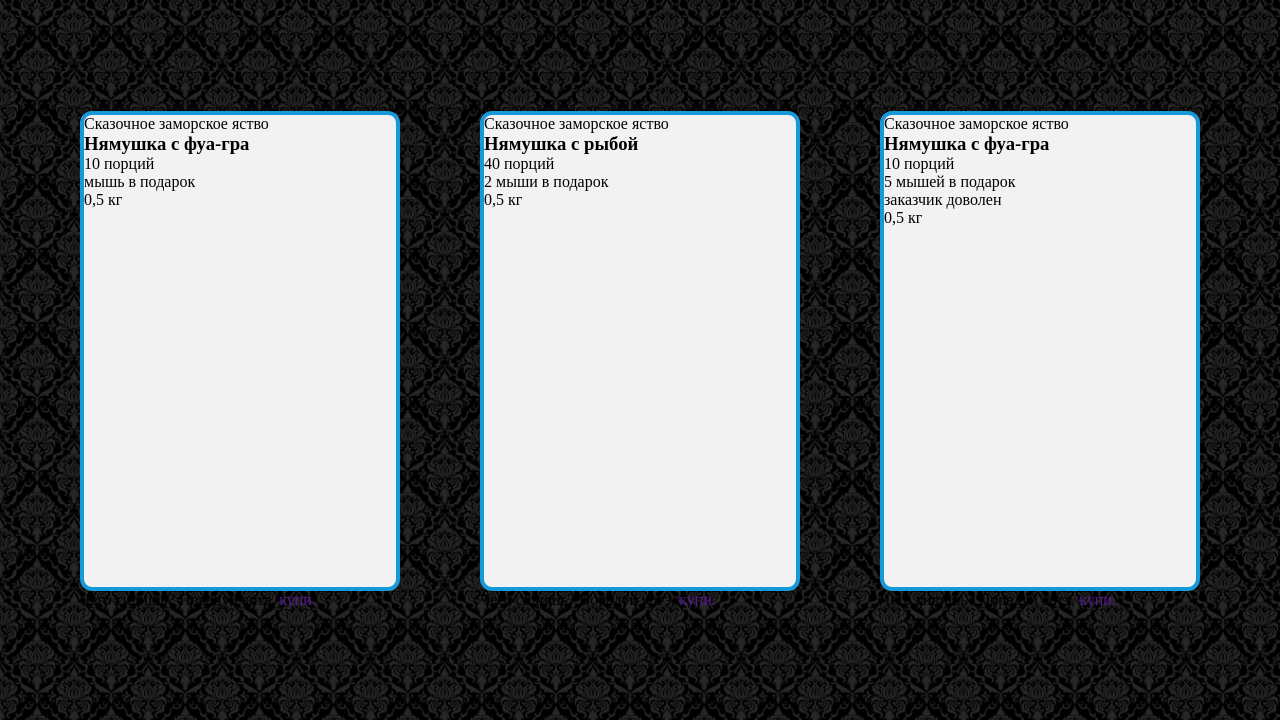
Repository: acbukka/tech-qt
Page: index.html
The author's editor kept a copy of each file at every save. The page is drawn from the files as they stood at one save, then again after the next save.
The browser window is 1280 px wide. The pictures show the whole page.

Above is the page before, as saved 2022-06-17 15:38:29.

### index.html
<!DOCTYPE html>
<html lang="en">

<head>
  <meta charset="UTF-8">
  <meta http-equiv="X-UA-Compatible" content="IE=edge">
  <meta name="viewport" content="width=device-width, initial-scale=1.0">
  <title>Template</title>
  <link rel="stylesheet" href="./src/style.css">
</head>

<body class="body">

  <main class="main">
    <div class="container">
      <div class="cards-wrapper">

        <div class="card-inner">
          <div class="card-item">
            <p class="card-item__pre-title">
              Сказочное заморское яство
            </p>
            <h3 class="card-item__title">
              Нямушка
              <span class="card-item__title-span">
                с фуа-гра
              </span>
            </h3>
            <ul class="card-item__pref-list">
              <li class="card-item__pref">
                <span class="card-item__pref-span">10</span> порций
              </li>
              <li class="card-item__pref">
                <span class="card-item__pref-span"></span>мышь в подарок
              </li>
            </ul>
            <div class="card-item__price">0,5 кг</div>
          </div>
          <p class="card-inner__info">
            Чего сидишь? Порадуй котэ, <a href="" class="card-inner__info-link">купи.</a>
          </p>
        </div>

        <div class="card-inner">
          <div class="card-item">
            <p class="card-item__pre-title">
              Сказочное заморское яство
            </p>
            <h3 class="card-item__title">
              Нямушка
              <span class="card-item__title-span">
                с рыбой
              </span>
            </h3>
            <ul class="card-item__pref-list">
              <li class="card-item__pref">
                <span class="card-item__pref-span">40</span> порций
              </li>
              <li class="card-item__pref">
                <span class="card-item__pref-span">2</span> мыши в подарок
              </li>
            </ul>
            <div class="card-item__price">0,5 кг</div>
          </div>
          <p class="card-inner__info">
            Чего сидишь? Порадуй котэ, <a href="" class="card-inner__info-link">купи.</a>
          </p>
        </div>

        <div class="card-inner">
          <div class="card-item">
            <p class="card-item__pre-title">
              Сказочное заморское яство
            </p>
            <h3 class="card-item__title">
              Нямушка
              <span class="card-item__title-span">
                с фуа-гра
              </span>
            </h3>
            <ul class="card-item__pref-list">
              <li class="card-item__pref">
                <span class="card-item__pref-span">10</span> порций
              </li>
              <li class="card-item__pref">
                <span class="card-item__pref-span">5</span> мышей в подарок
              </li>
              <li class="card-item__pref">
                заказчик доволен
              </li>
            </ul>
            <div class="card-item__price">0,5 кг</div>
          </div>
          <p class="card-inner__info">
            Чего сидишь? Порадуй котэ, <a href="" class="card-inner__info-link">купи.</a>
          </p>
        </div>

      </div>
    </div>
  </main>

</body>

</html>

### src/style.css
html {
  -webkit-box-sizing: border-box;
  box-sizing: border-box;
  scroll-behavior: smooth;
}

*,
*::after,
*::before {
  -webkit-box-sizing: inherit;
  box-sizing: inherit;
  -webkit-tap-highlight-color: transparent;
}

ul[class],
ol[class] {
  padding: 0;
}

body,
h1,
h2,
h3,
h4,
h5,
h6,
p,
ul[class],
ol[class],
li,
figure,
figcaption,
blockquote,
dl,
dd {
  margin: 0;
}

ul[class] {
  list-style: none;
}

img {
  max-width: 100%;
  display: block;
}

input,
button,
textarea,
select {
  font: inherit;
}

a {
  text-decoration: none;
}

.body {
  background-image: url(../assets/Pattern.jpg);
  background-repeat: no-repeat;
  background-size: cover;
}

.main {
  height: 100vh;
  display: flex;
  align-items: center;
}

.container {
  margin-top: 50%;
  max-width: 1120px;
  margin: 0 auto;
}

.cards-wrapper {
  width: 1120px;
  display: flex;
  justify-content: space-between;
}

.card-item {
  width: 320px;
  height: 480px;
  background-color: #F2F2F2;
  border: 4px solid #1698D9;
  border-radius: 12px;
}

.cards-wrapper
.card-inner + .card-inner {
  margin-left: 5rem;
}

After the next save:
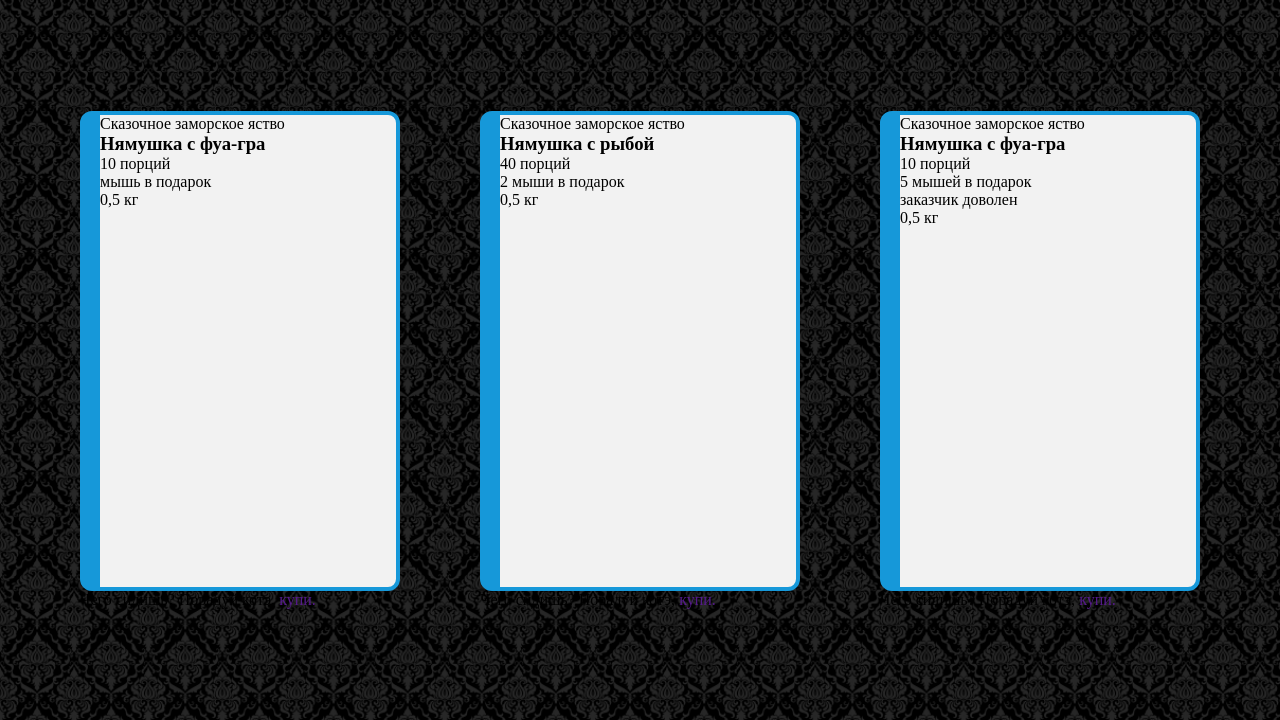
Saved 2 min 26 s later.
--- a/src/style.css
+++ b/src/style.css
@@ -85,6 +85,7 @@
   height: 480px;
   background-color: #F2F2F2;
   border: 4px solid #1698D9;
+  border-left: 20px solid #1698D9;
   border-radius: 12px;
 }
 
